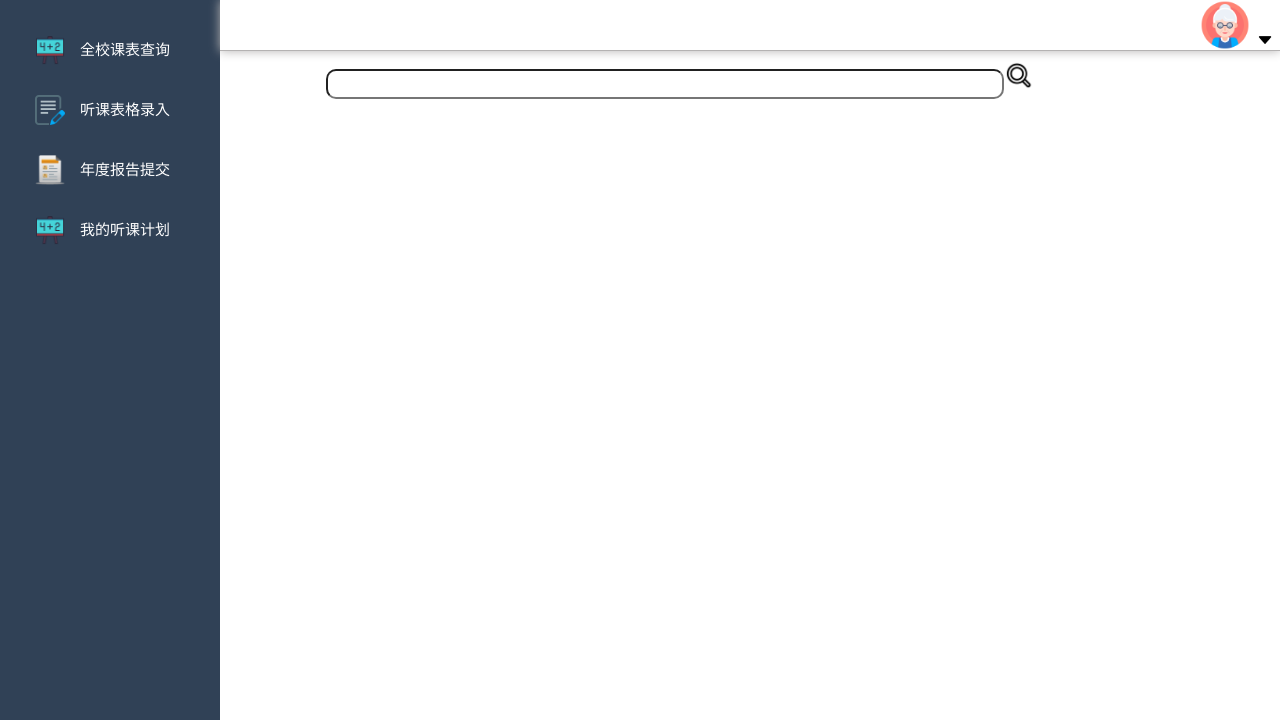
Repository: shandamengcheng/graduate-project
Page: /home/search
The author's editor kept a copy of each file at every save. The page is drawn from the files as they stood at one save, then again after a run of saves.
The browser window is 1280 px wide. The pictures show the whole page.
The project was rebuilt for these pictures with package versions that can differ from the ones it lists, and the page was loaded fresh each time. Also part of the build but not shown: src/views/Login.vue.

Above is the page before, as saved 2021-03-14 13:09:52.

### src/App.vue
<template>
  <div id="app">
    <router-view/>
  </div>
</template>

<style>
* {
  margin: 0;
  padding: 0;
  -webkit-box-sizing: inherit;
  box-sizing: inherit;
}

#app, html, body{
  font-family: Avenir, Helvetica, Arial, sans-serif;
  -webkit-font-smoothing: antialiased;
  -moz-osx-font-smoothing: grayscale;
  text-align: center;
  color: #2c3e50;
  height: 100%;
  overflow: hidden;
}

</style>

### src/router/index.js
import Vue from 'vue'
import VueRouter from 'vue-router'
import Home from '../views/Home.vue'
import Login from '../views/Login.vue';
import Search from '../components/Search.vue';

Vue.use(VueRouter)

const routes = [
  {
    path: '/',
    name: 'Login',
    component: Login
  },
  {
    path: '/login',
    name: 'Login',
    component: Login
  },
  {
    path: '/home',
    name: Home,
    component: Home,
    children:[
      {
        path: '/',
        name: 'Search',
        component: Search,
      },
      {
        path: 'search',
        name: 'Search',
        component: Search,
      }
    ]
  }
]

const router = new VueRouter({
  mode: 'history',
  base: process.env.BASE_URL,
  routes
})

export default router

### src/views/Home.vue
<template>
  <div class="home">
    <SideBar />
    <div class="main">
      <NavigationBar />
      <router-view />
      <!-- <Search /> -->
    </div>
  </div>
</template>

<script>
// @ is an alias to /src
import Login from "@/views/Login";
import SideBar from "@/components/SideBar";
import NavigationBar from "@/components/NavigationBar";
import Search from "@/components/Search";

export default {
  name: "Home",
  components: {
    Login,
    SideBar,
    NavigationBar,
    Search,
  },
};
</script>

<style scoped>
.home {
  min-height: 100%;
  width: 100%;
  display: flex;
  flex-direction: row;
  /* background-color: #2d3a4b;
    color: white; */
  overflow: hidden;
}
.main {
  width: calc(100% - 220px);
  min-width: 600px;
}
</style>

### src/components/Search.vue
<template>
  <div class="search">
    <input type="search" />
    <img src="@/assets/search.png" >
  </div>
</template>

<script>
export default {
  name: "Search",
};
</script>

<style scoped>
.search {
  width: 80%;
  margin: auto;
  height: 30px;
  margin-top: 10px;
  text-align: left;
  font-size: 0;
}
.search input {
  display: inline-block;
  width: 80%;
  height: 30px;
  line-height: 30px;
  /* margin: auto; */
  border-radius: 10px;
  outline: none;
  font-size: 20px;
  padding: 0 5px;
  box-sizing: border-box;
}
.search img {
  display: inline-block;
  width: 30px;
  height: 30px;
  margin-right: 5px;
}
</style>

### src/components/SideBar.vue
<template>
  <div class="sidebar">
    <SideBarItem>
      <img src="@/assets/class.png">
      <div>全校课表查询</div>
    </SideBarItem>
    <SideBarItem>
      <img src="@/assets/sheet.png">
      <div>听课表格录入</div>
    </SideBarItem>
    <SideBarItem>
      <img src="@/assets/report.png">
      <div>年度报告提交</div>
    </SideBarItem>
     <SideBarItem>
      <img src="@/assets/class.png">
      <div>我的听课计划</div>
    </SideBarItem>
  </div>
</template>

<script>
import SideBarItem from "@/components/SideBarItem";

export default {
  name: "SideBar",
  components: {
    SideBarItem,
  },

}
</script>

<style scoped>
.sidebar {
  width: 220px;
  min-width: 220px;
  height: 100vh;
  background: #304156;
  color: white;
  font-size: 15px;
  text-align: center;
  display: flex;
  flex-direction: column;
  padding-top: 20px;
}
</style>

### src/components/NavigationBar.vue
<template>
  <div class="navbar">
    <img src="@/assets/avatar.png" class="avatar-img" />
    <img src="@/assets/arrow.png" class="avatar-submenu" @click="toggleMenu"/>
    <ul class="avatar-menu" v-if="showMenu" @click="toggleMenu">
      <li class="home" @click="navigateToPage('home')">Home</li>
      <li @click="navigateToPage('login')">Log Out</li>
    </ul>
  </div>
</template>

<script>
export default {
  name: "NavigationBar",
  data() {
    return {
      showMenu: false,
    }
  },
  methods: {
    toggleMenu: function() {
      this.showMenu = !this.showMenu;
    },
    navigateToPage: function(path) {
      if (location.pathname == `/${path}`) return;
      this.$router.push(`/${path}`);
    }
  }
};
</script>

<style scoped>
.navbar {
  width: 100%;
  height: 50px;
  display: flex;
  position: relative;
  justify-content: flex-end;
  border-bottom: 0.5px solid rgb(180, 178, 178);
  box-shadow: 0px 0px 10px rgb(180, 178, 178);
}
.navbar img {
  display: inline-block;
  height: 100%;
  width: 50px;
  border-radius: 10px;
}
.navbar .avatar-submenu {
  width: 20px;
  height: 20px;
  margin: 30px 5px 0px 5px;
}
.avatar-menu {
  position: absolute;
  top: 60px;
  right: 5px;
  width: 90px;
  border: 0.5px solid rgba(180, 178, 178, 0.5);
  list-style-type: none;
  padding: 0;
  border-radius: 10px;
}
.avatar-menu li {
  height: 50px;
  line-height: 50px;
  cursor: pointer;
}
.home {
  border-bottom: 0.5px solid rgba(180, 178, 178, 0.5);
}
</style>

### src/components/SideBarItem.vue
<template>
  <div class="sidebar-item" @click="showSearchView">
    <slot>默认列表项</slot>
  </div>
</template>

<script>
export default {
  name: "SideBarItem",
  methods: {
    showSearchView: function() {
      this.$router.push('/home/search');
    }
  }
}
</script>

<style scoped>
.sidebar-item {
  height: 60px;
  padding: 0 10px;
  line-height: 60px;
  border: none;
  outline: none;
  cursor: pointer;
  display: flex;
  justify-content: center;
}
.sidebar-item img {
  /* display: inline-block; */
  align-self: center;
  height: 50%;
  vertical-align: middle;
  width: 15%;
  /* margin-right: 5px; */
}
.sidebar-item div {
  width: 60%;
  /* display: inline-block; */
}
</style>

Loaded but not shown: public/index.html (common file); src/main.js (common file); src/store/index.js (common file)

After the next 2 saves:
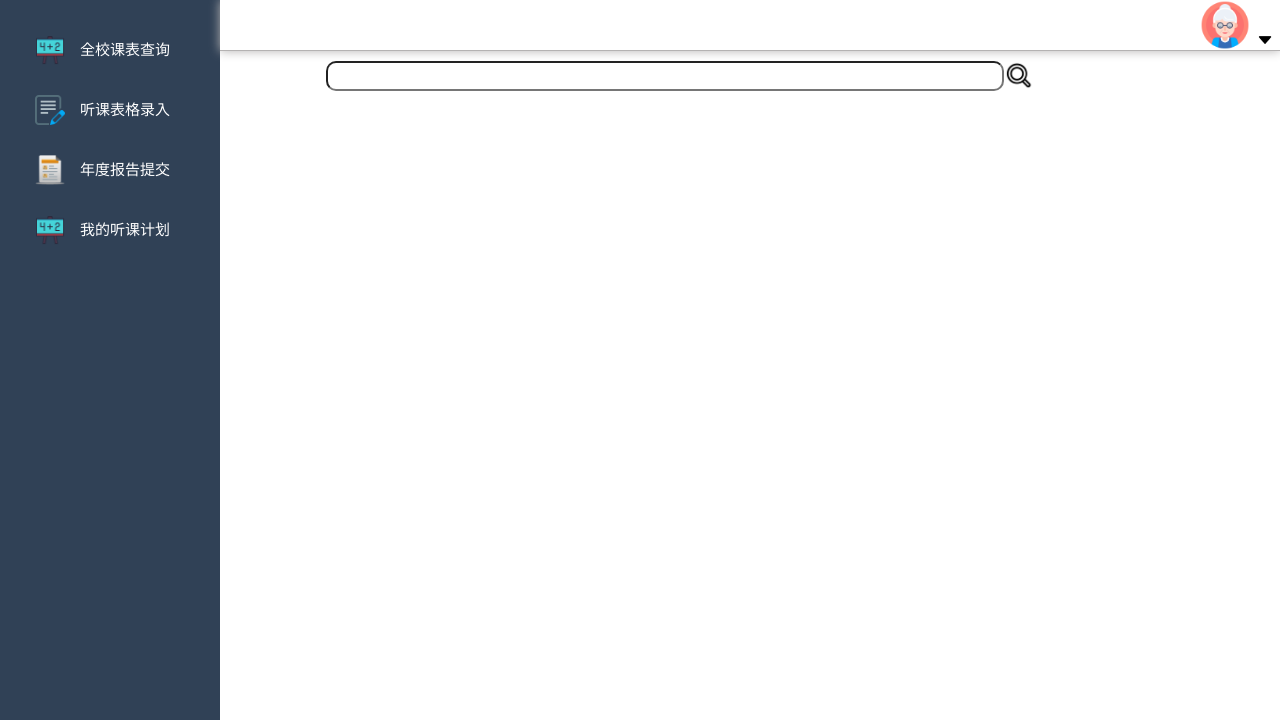
The 2 saves are shown as one change because they came seconds apart.
The last was saved 113 s later.
--- a/src/components/Search.vue
+++ b/src/components/Search.vue
@@ -31,6 +31,7 @@
   font-size: 20px;
   padding: 0 5px;
   box-sizing: border-box;
+  vertical-align: top;
 }
 .search img {
   display: inline-block;

After the save that followed:
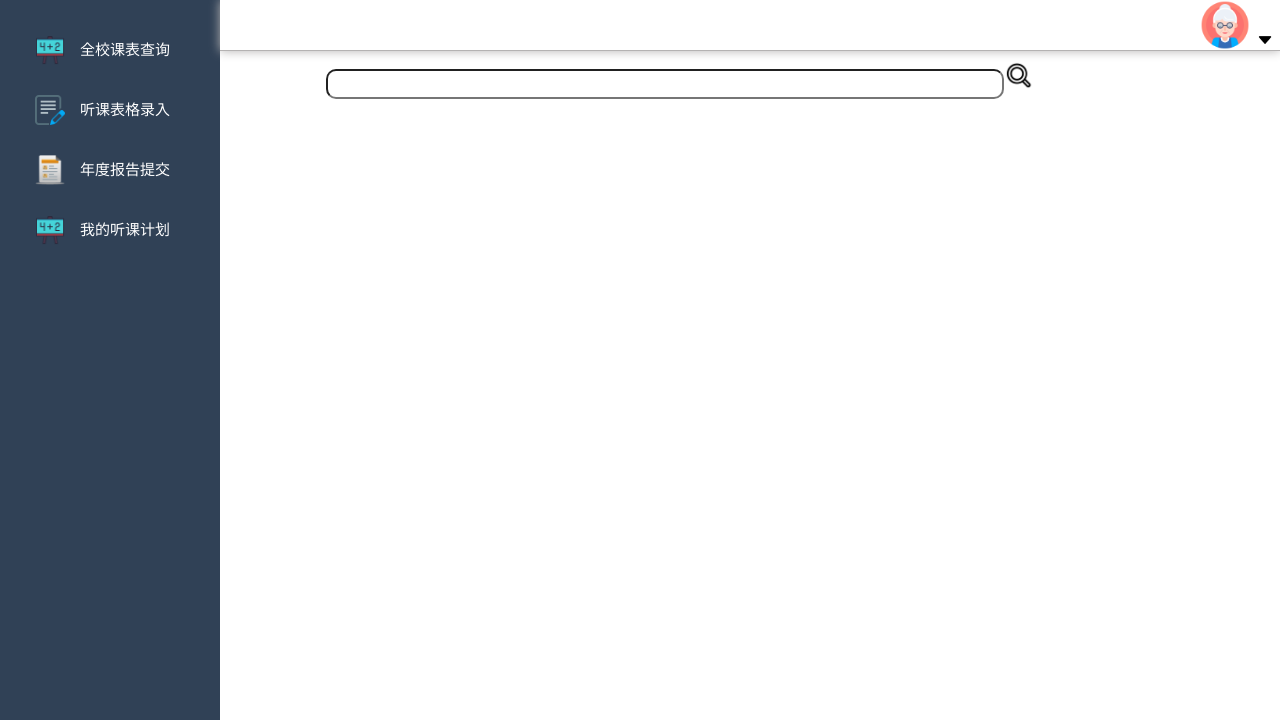
Saved 12 s later.
--- a/src/components/Search.vue
+++ b/src/components/Search.vue
@@ -31,7 +31,7 @@
   font-size: 20px;
   padding: 0 5px;
   box-sizing: border-box;
-  vertical-align: top;
+  vertical-align: baseline;
 }
 .search img {
   display: inline-block;
